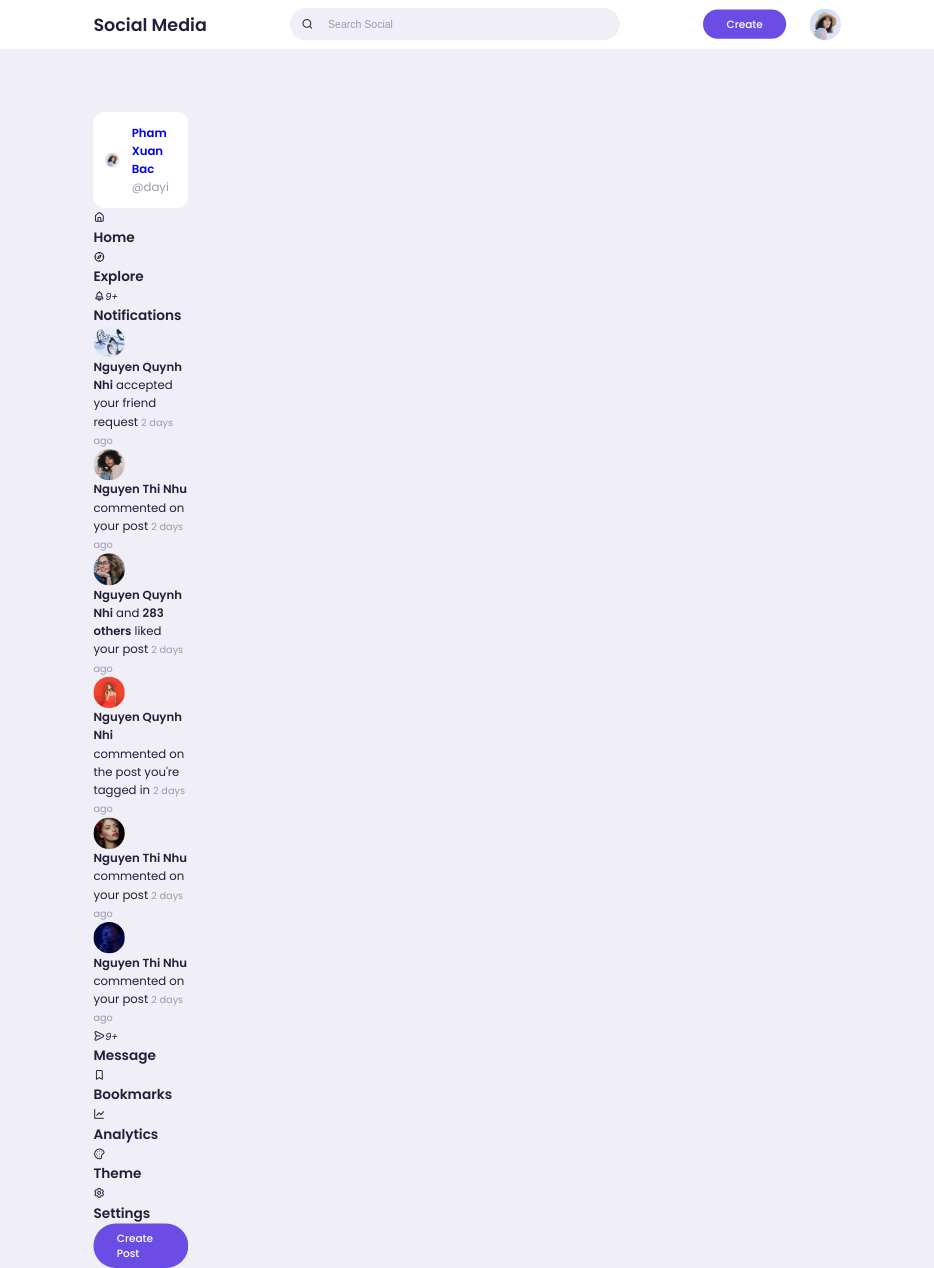
Repository: northpx/socialMedia
Page: index.html
These files come from the project's save history. The page is drawn as it stood at one moment and after a run of saves; the edit follows.
The browser window is 1280 px wide. The pictures show the whole page, at 73% of full size.

Above is the page before, as saved 2023-03-07 17:20:24.

After the next 2 saves:
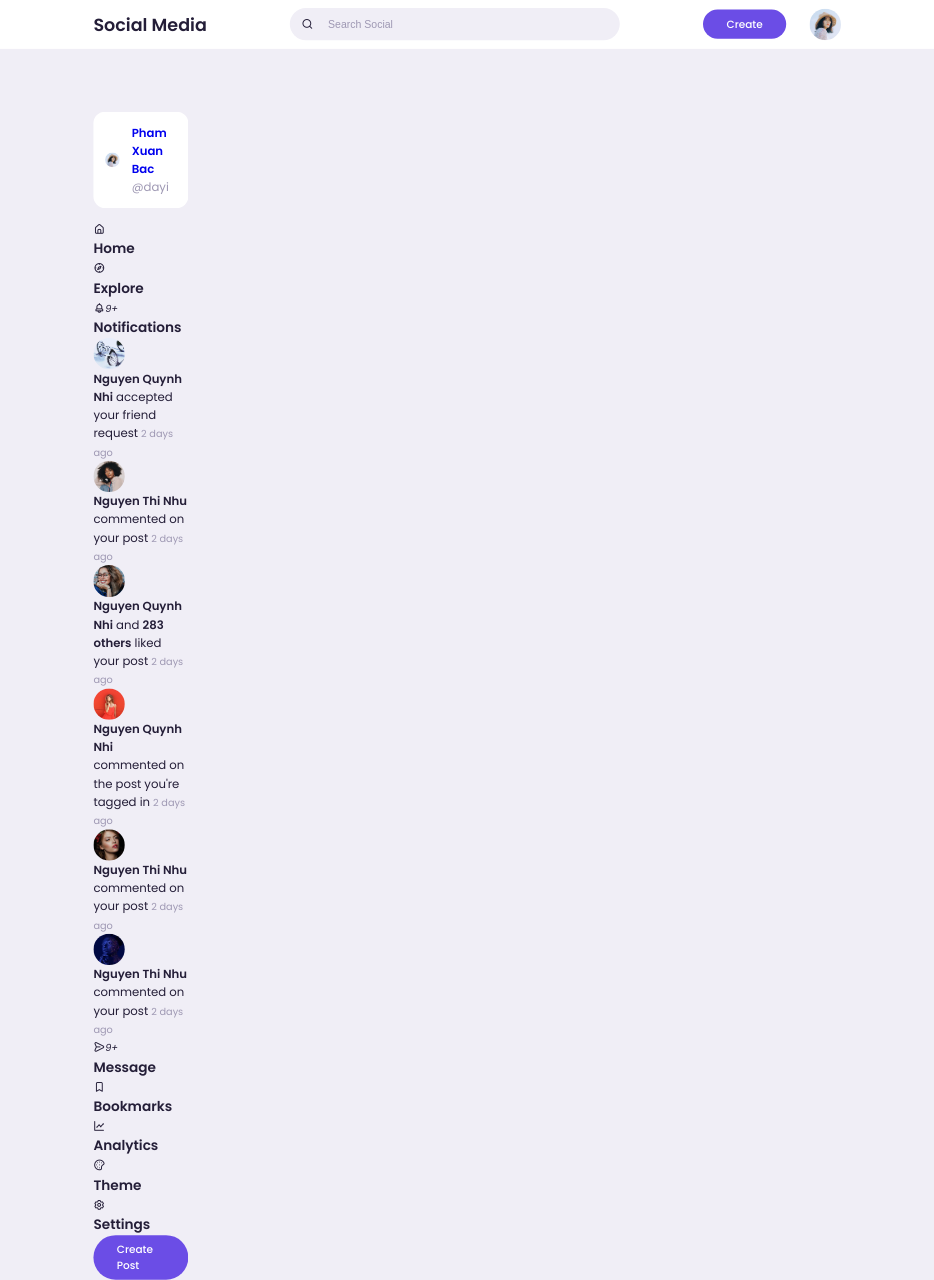
The 2 saves are shown as one change because they came seconds apart.
The last was saved 9 s later.
--- a/css/style.css
+++ b/css/style.css
@@ -149,5 +149,6 @@ main .container .left .profile{
 }
 
 .left .sidebar{
-    margin-top: var();
+    margin-top: 1rem;
+    background: ;
 }
